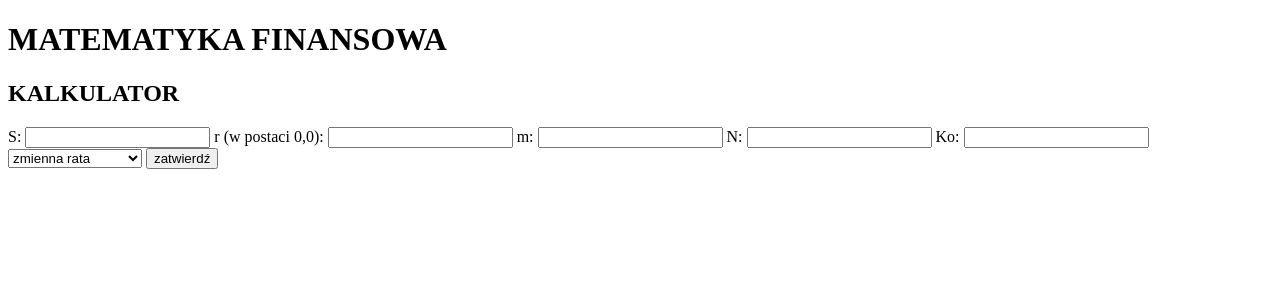
Repository: ravkita/MFCalc
Page: index.html
The author's editor kept a copy of each file at every save. The page is drawn from the files as they stood at one save, then again after the next save.
The browser window is 1280 px wide. The pictures show the whole page.

Above is the page before, as saved 2021-04-12 18:21:23.

After the next save:
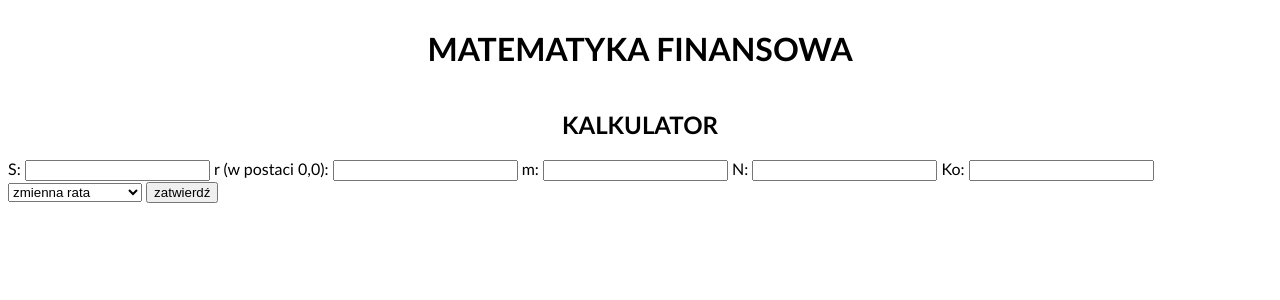
Saved 6 min 49 s later.
--- a/index.html
+++ b/index.html
@@ -5,6 +5,19 @@
     <meta http-equiv="X-UA-Compatible" content="IE=edge">
     <meta name="viewport" content="width=device-width, initial-scale=1.0">
     <title>Kalkulator</title>
+
+    <style type="text/css">
+        body{
+            font-family: 'Gill Sans', 'Gill Sans MT', Calibri, 'Trebuchet MS', sans-serif;
+        }
+        .header{
+            width: 100%;
+            display: flex;
+            flex-direction: column;
+            justify-content: center;
+            align-items: center;
+        }
+    </style>
 </head>
 <body>
     <header class="header">
@@ -79,6 +92,22 @@
                 document.querySelector('.result').appendChild(el);
             }
         }
+        function saldo(){
+            for(let i = 1; i<=N*m; i++){
+                const el = document.createElement("p");
+                let Sn = s*[1-((i-1)/(N*m))]*(r/m);
+                el.innerText = `S${i}: ${Sn}`;
+                document.querySelector('.result').appendChild(el);
+            }
+        }
+        function odsetkiPrzyStalejKwocie(){
+            for(let i = 1; i<=N*m; i++){
+                const el = document.createElement("p");
+                let On = s*[1-((i-1)/(N*m))]*(r/m);
+                el.innerText = `O${i}: ${On}`;
+                document.querySelector('.result').appendChild(el);
+            }
+        }
         function getData(){
             document.getElementById('confirm').addEventListener('click', (e) =>{
                 s = document.querySelector('.s').value;
